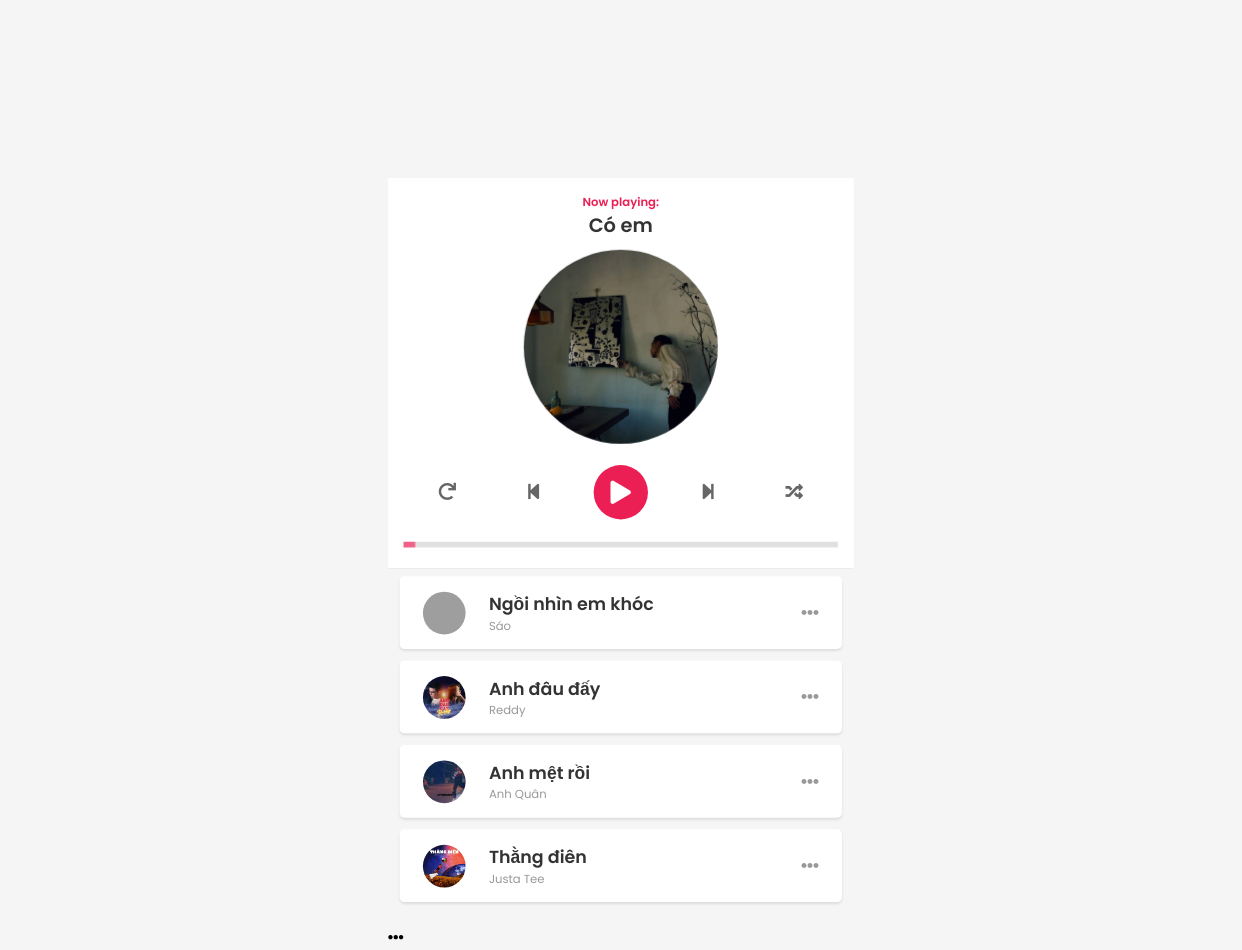
Repository: phan250501/Music
Page: index.html
An editor plug-in stored every save of this project. The page is shown before and after the next save, followed by the edit.
The browser window is 1280 px wide. The pictures show the whole page, at 97% of full size.
After loading, the first visible `div.btn-next` was clicked once.
Pictures or frames that could not be fetched are drawn as grey boxes.

Above is the page before, as saved 2023-06-07 13:32:40.

After the next save:
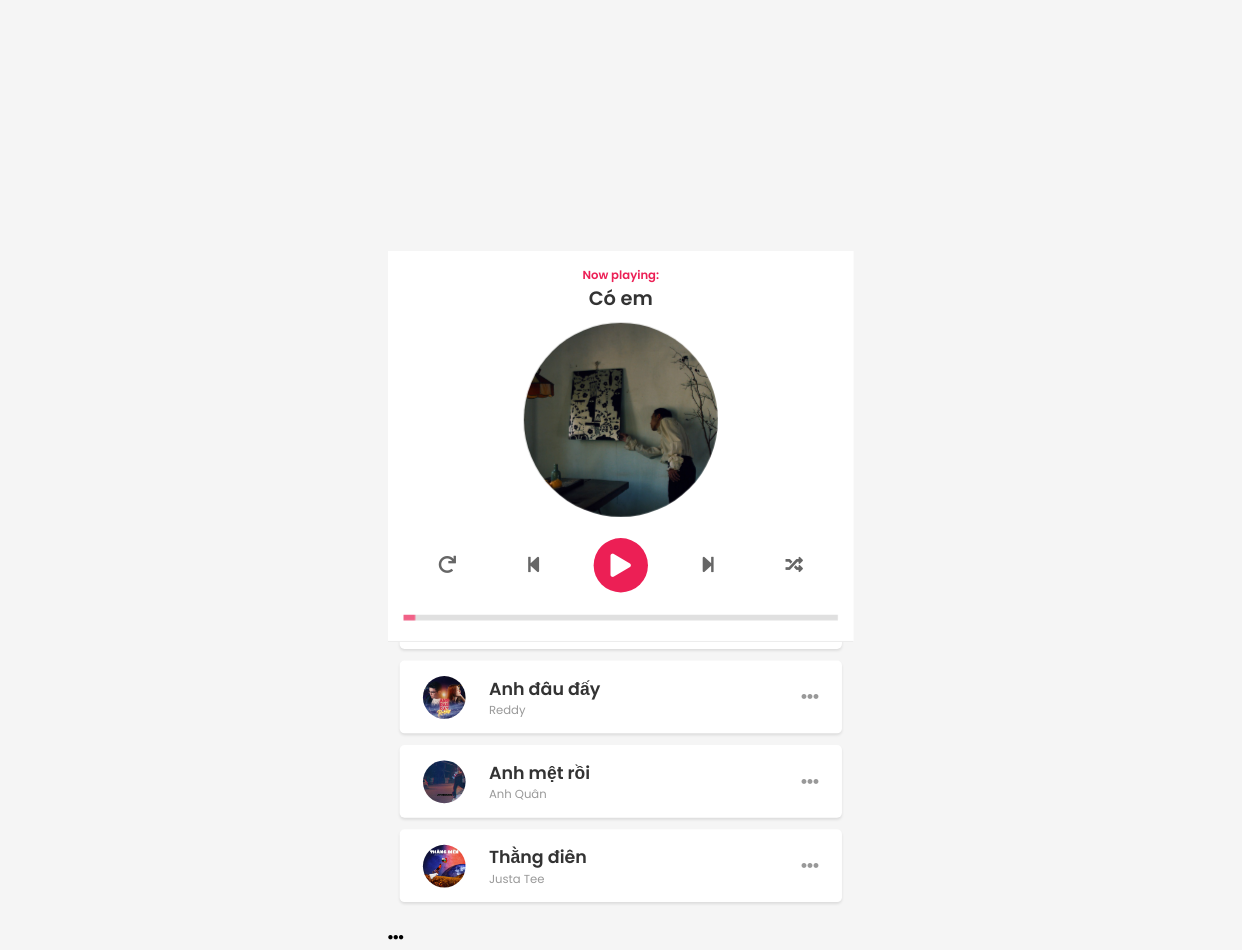
Saved 33 s later.
--- a/index.js
+++ b/index.js
@@ -176,7 +176,7 @@
     scrollToActiveSong: function(){
         $('.active').scrollIntoView({
             behavior:'smooth',
-            block:'center'
+            block:'start',
         },300);
     },
     loadCurrentSong: function(){

After the save that followed:
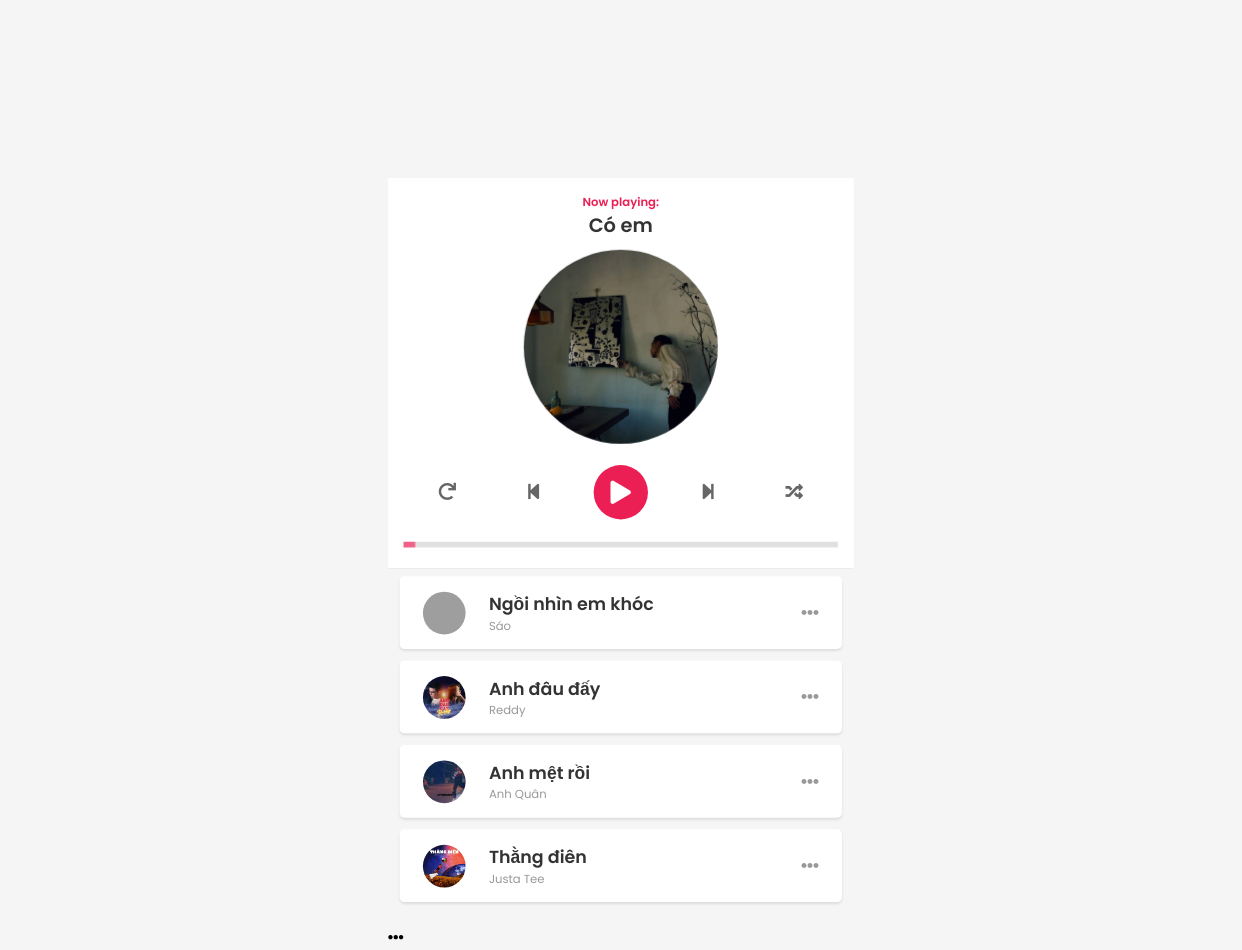
Saved 35 s later.
--- a/index.js
+++ b/index.js
@@ -176,7 +176,7 @@
     scrollToActiveSong: function(){
         $('.active').scrollIntoView({
             behavior:'smooth',
-            block:'start',
+            block:'center',
         },300);
     },
     loadCurrentSong: function(){
